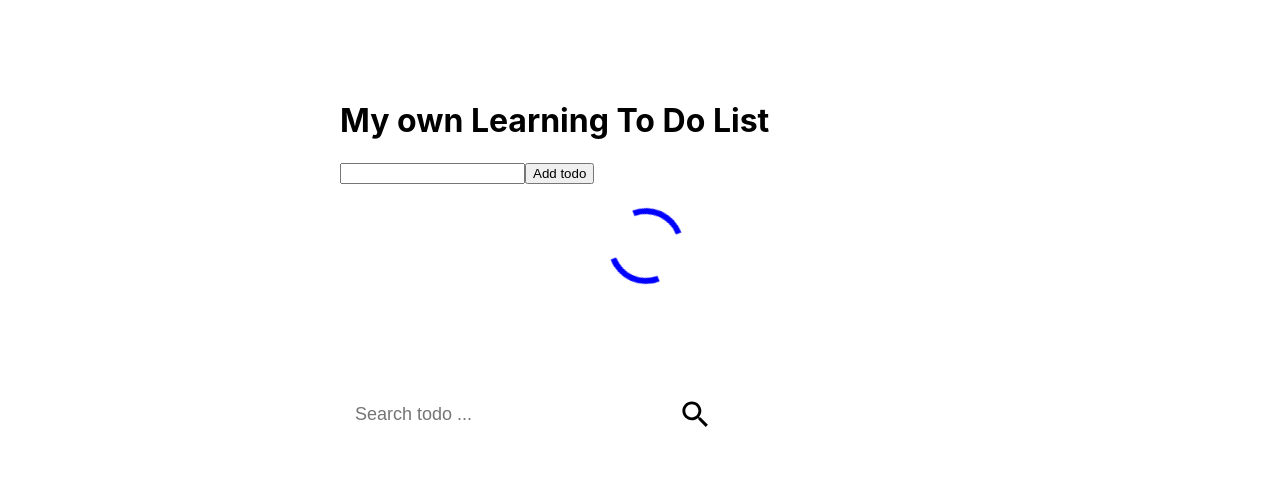
Repository: ArusyakAghajanyan/To-Do
Page: /
These files come from the project's save history. The page is drawn as it stood at one moment and after the next save; the edit follows.
The browser window is 1280 px wide. The pictures show the whole page.
The page's requests for data from a server got no answer. The project was rebuilt for these pictures with package versions that can differ from the ones it lists, and the page was loaded fresh each time. No one was signed in, and anything a server would have sent is missing. Also part of the build but not shown: src/Todo/TodoItem.js, src/Todo/TodoList.js.

Above is the page before, as saved 2022-03-11 01:15:39.

### src/index.css
body {
  margin: 0;
  font-family: -apple-system, BlinkMacSystemFont, 'Segoe UI', 'Roboto', 'Oxygen',
    'Ubuntu', 'Cantarell', 'Fira Sans', 'Droid Sans', 'Helvetica Neue',
    sans-serif;
  -webkit-font-smoothing: antialiased;
  -moz-osx-font-smoothing: grayscale;
}

code {
  font-family: source-code-pro, Menlo, Monaco, Consolas, 'Courier New',
    monospace;
}
.wrapper {
  padding-top: 5rem;
  margin: 0 auto;
  width: 600px;
}
.rm {
  background: red;
  border-radius: 50%;
  color:#fff;
  border: none;
}

.done {
  text-decoration: line-through;
}

.lds-dual-ring {
  display: inline-block;
  width: 80px;
  height: 80px;
}

.lds-dual-ring:after {
  content: " ";
  display: block;
  width: 64px;
  height: 64px;
  margin: 8px;
  border-radius: 50%;
  border: 6px solid blue;
  border-color: blue transparent blue transparent;
  animation: lds-dual-ring 1.2s linear infinite;
}
@keyframes lds-dual-ring {
  0% {
    transform: rotate(0deg);
  }
  100% {
    transform: rotate(360deg);
  }
}

### src/App.js
import React, { useEffect, useRef } from 'react'
import TodoList from './Todo/TodoList'
import Context from './context'
import Loader from './Loader'
import SearchBar from './Search/SearchBar'

const AddTodo = React.lazy(
  () =>
  new Promise(resolve => {
    setTimeout(() => {
      resolve(import('./Todo/AddTodo'))
    }, 3000)
  })
  )

function App() {
  const [todos, setTodos] = React.useState([])
    // { id: 1, completed: false, title: 'Learn HTML, CSS'},
    // { id: 2, completed: true, title: 'Learn Js'},
    // { id: 3, completed: false, title: 'Learn React'},
    // { id: 4, completed: false, title: 'Learn Java'}
  const [loading, setLoading] = React.useState(true)
  const renderCount = useRef(1)

  useEffect(() => {
    renderCount.current = renderCount.current + 1
  })


useEffect(() => {
  fetch('https://jsonplaceholder.typicode.com/todos?_limit=5')
    .then(response => response.json())
    .then(todos => {
      setTimeout(() => {
        setTodos(todos)
        setLoading(false)
      }, 2000)
    })
}, [])

  function toggleTodo(id){
    setTodos(
    todos.map(todo => {
    if (todo.id === id) {
      todo.completed = !todo.completed
    }
    return todo
    })
    )
  }

  function removeTodo(id){
   setTodos(todos.filter(todo => todo.id !== id))
  }

  function addTodo(title) {
    setTodos(todos.concat([{
      title,
      id: Date.now(),
      completed: false
    }]))
  }
  return (
    <Context.Provider value={{ removeTodo }}>
    <div className='wrapper'>
      <h1>My own Learning To Do List</h1>
      <React.Suspense fallback={<p>Loading...</p>}>

      <AddTodo onCreate={addTodo} />
      </React.Suspense>
      {loading && <Loader />}
      {todos.length ? (
      <TodoList todos={todos} onToggle={toggleTodo} />
      ) : loading ? null : (
        <p>No todos!</p>
       )}
       <div></div>
       <div >
      <SearchBar placeholder="Search todo ..." data={todos} />
    </div>

    </div>
    </Context.Provider>

  )
}

export default App

// className="App"

### src/Loader.js
import React from 'react'

export default () => <div style={{display: 'flex', justifyContent: 'center', margin: '.5rem' }}>
    <div className="lds-dual-ring" /></div>

### src/Search/SearchBar.js
import React, { useState } from "react";
import "./SearchBar.css";
import SearchIcon from '@mui/icons-material/Search';
import CloseIcon from '@mui/icons-material/Close';

function SearchBar({ placeholder, data }) {
  const [filteredData, setFilteredData] = useState([]);
  const [wordEntered, setWordEntered] = useState("");

  const handleFilter = (event) => {
    const searchWord = event.target.value;
    setWordEntered(searchWord);
    const newFilter = data.filter((value) => {
      return value.title.toLowerCase().includes(searchWord.toLowerCase());
    });

    if (searchWord === "") {
      setFilteredData([]);
    } else {
      setFilteredData(newFilter);
    }
  };

  const clearInput = () => {
    setFilteredData([]);
    setWordEntered("");
  };

  return (
    <div className="search">
      <div className="searchInputs">
        <input
          type="text"
          placeholder={placeholder}
          value={wordEntered}
          onChange={handleFilter}
        />
        <div className="searchIcon">
          {filteredData.length === 0 ? (
            <SearchIcon />
          ) : (
            <CloseIcon id="clearBtn" onClick={clearInput} />
          )}
        </div>
      </div>
      {filteredData.length != 0 && (
        <div className="dataResult">
          {filteredData.slice(0, 15).map((value, key) => {
            return (
              <a className="dataItem" href={value.link} target="_blank">
                <p>{value.title} </p>
              </a>
            );
          })}
        </div>
      )}
    </div>
  );

}

export default SearchBar;

### src/Todo/AddTodo.js
import React, { useState } from "react";
import PropTypes from "prop-types";

function useInputValue(defaultValue = " ") {
  const [value, setValue] = useState(defaultValue);
  return {
    bind: {
      value,
      onChange: (event) => setValue(event.target.value),
    },
    clear: () => setValue(""),
    value: () => value,
  };
}

function AddTodo({ onCreate }) {
  const input = useInputValue(" ");

  function submitHandler(event) {
    event.preventDefault();

    if (input.value().trim()) {
      onCreate(input.value());
      input.clear();
    }
  }

  return (
    <form style={{ marginBottom: "1rem" }} onSubmit={submitHandler}>
      <input {...input.bind} />
      <button type="submit">Add todo</button>
    </form>
  );
}

AddTodo.propTypes = {
  onCreate: PropTypes.func.isRequired,
};

export default AddTodo;

### src/Search/SearchBar.css
.searchInputs {
    margin-top: 105px;
    display: flex;
  }

  .search input {
    background-color: white;
    border: 0;
    border-radius: 2px;
    border-top-right-radius: 0px;
    border-bottom-right-radius: 0px;
    font-size: 18px;
    padding: 15px;
    height: 30px;
    width: 300px;
  }

  .searchIcon {
    height: 60px;
    width: 50px;
    background-color: white;
    display: grid;
    place-items: center;
  }

  input:focus {
    outline: none;
  }
  .searchIcon svg {
    font-size: 35px;
  }

  .dataResult {
    margin-top: 5px;
    width: 300px;
    height: 200px;
    background-color: white;
    box-shadow: rgba(0, 0, 0, 0.35) 0px 5px 15px;
    overflow: hidden;
    overflow-y: auto;
  }

  .dataResult::-webkit-scrollbar {
    display: none;
  }

  .dataResult .dataItem {
    width: 100%;
    height: 50px;
    display: flex;
    align-items: center;
    color: black;
  }

  .dataItem p {
    margin-left: 10px;
  }
  a {
    text-decoration: none;
  }

  a:hover {
    background-color: lightgrey;
  }

  #clearBtn {
    cursor: pointer;
  }

Loaded but not shown: public/index.html (common file); src/index.js (common file); src/reportWebVitals.js (common file); src/context.js (common file)

After the next save:
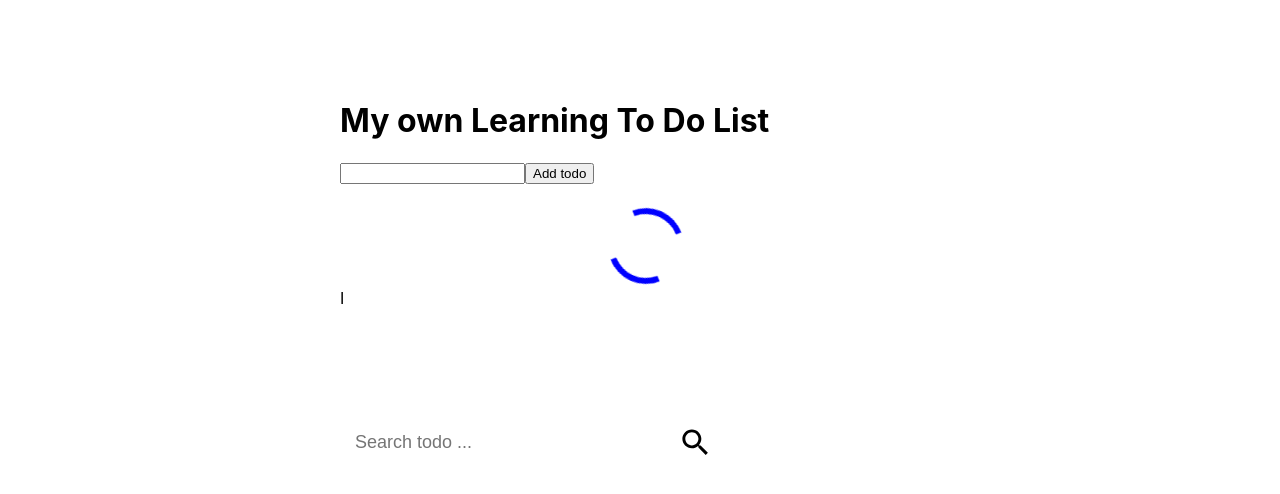
Saved 15 s later.
--- a/src/App.js
+++ b/src/App.js
@@ -74,7 +74,7 @@ useEffect(() => {
       ) : loading ? null : (
         <p>No todos!</p>
        )}
-       <div></div>
+       <div>I</div>
        <div >
       <SearchBar placeholder="Search todo ..." data={todos} />
     </div>
